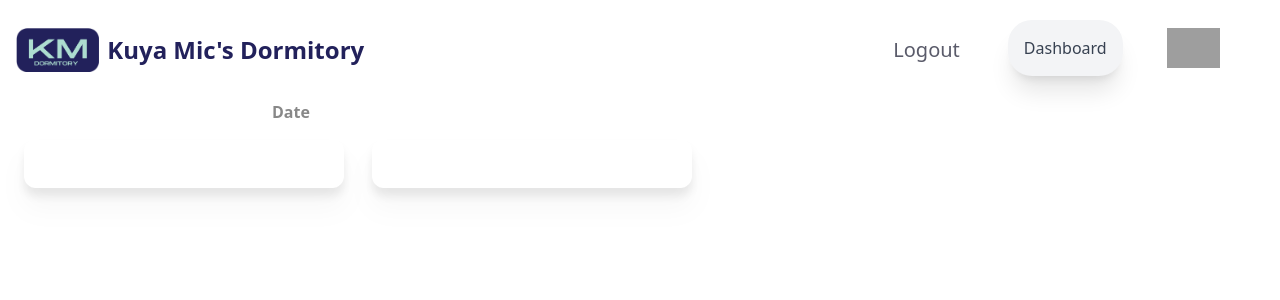
Repository: theamgri/Dormitory-Management-System
Page: logstatus.html
These files come from the project's save history. The page is drawn as it stood at one moment and after the next save; the edit follows.
The browser window is 1280 px wide. The pictures show the whole page.
Pictures or frames that could not be fetched are drawn as grey boxes. Some web libraries are served in a nearby version.

Above is the page before, as saved 2023-02-27 21:41:07.

### logstatus.html
<!DOCTYPE html>
<html lang="en">
<head>
    <script src="https://cdn.tailwindcss.com"></script>
    <script src="https://unpkg.com/flowbite@1.5.5/dist/datepicker.js"></script>
    <meta charset="UTF-8">
    <meta http-equiv="X-UA-Compatible" content="IE=edge">
    <meta name="viewport" content="width=device-width, initial-scale=1.0">
    <link rel="icon" type="image/x-icon" href="/assets/logo.png">
    <title>Tenant Log Status</title>


    <nav class="bg-white border-gray-200 px-2 lg:px-4 py-1 rounded dark:bg-gray-100">
        <div class="container flex flex-wrap items-center justify-between mx-auto">
          <a href="https://flowbite.com/" class="flex items-left">
              <img src="/assets/logo.png" class="h-11" alt="KM Logo" />
              <span class="self-center align-middle pl-2 text-2xl font-Montserrat font-bold whitespace-nowrap" style="color: #22215B">Kuya Mic's Dormitory </span>
          </a>

          <button data-collapse-toggle="navbar-default" type="button" class="inline-flex items-center p-2 ml-3 text-sm text-gray-500 rounded-lg md:hidden hover:bg-gray-100 focus:outline-none focus:ring-2 focus:ring-gray-200 dark:text-gray-400 dark:hover:bg-gray-700 dark:focus:ring-gray-600" aria-controls="navbar-default" aria-expanded="false">
          <svg class="w-6 h-6" aria-hidden="true" fill="currentColor" viewBox="0 0 20 20" xmlns="http://www.w3.org/2000/svg"><path fill-rule="evenodd" d="M3 5a1 1 0 011-1h12a1 1 0 110 2H4a1 1 0 01-1-1zM3 10a1 1 0 011-1h12a1 1 0 110 2H4a1 1 0 01-1-1zM3 15a1 1 0 011-1h12a1 1 0 110 2H4a1 1 0 01-1-1z" clip-rule="evenodd"></path></svg>
          </button>
          <div class="hidden w-full md:block md:w-auto" id="navbar-default">
            <ul class="flex flex-col p-4 mt-4 border border-gray-100 rounded-lg md:flex-row md:space-x-8 md:mt-0 md:text-sm md:font-medium md:border-0">
              <li>
                <a href="login.html" class="block bg-blue-700 font-Montserrat rounded text-xl md:bg-transparent md:text-blue-700 md:p-4" aria-current="page" style="color: #5A5B6A">Logout</a>
              </li>
              <li>
                <a href="home.html" class="block shadow-xl bg-gray-100 font-Montserrat rounded-3xl text-base md:text-gray-700 md:p-4" aria-current="page">Dashboard</a>
              </li>
              <li>
                <a href="#" class="block py-2 pl-3 pr-4" aria-current="page"><img src="https://icones.pro/wp-content/uploads/2021/02/icone-utilisateur-gris.png" class="h-1 mr-3 sm:h-10" alt="KM Logo" /></a>
              </li>
            </ul>
          </div>

        </div>
      </nav>
</head>
<body>
    <div class="w-full h-0 shadow-lg aspect-w-1 aspect-h-1 rounded-xl">

        <div class="text-left">
            <label for="name" class="text-l font-semibold font-Montserrat" style="margin-left: 17rem; color: #888888">Date</label>
        </div>
   <div class="text-left pt-4">
        <input type="fname" id="email" style="pointer-events: none; height: 3rem; width:20rem;" class="drop-shadow-xl inline-block ml-6 block p-3.5 bg-gray-10 text-gray-900 sm:text-sm rounded-xl block dark:bg-gray-100 dark:placeholder-gray-400">
        <input type="lname" id="email" style="pointer-events: none; height: 3rem; width:20rem;" class="drop-shadow-xl inline-block ml-6 block p-3.5 bg-gray-10 text-gray-900 sm:text-sm rounded-xl block dark:bg-gray-100 dark:placeholder-gray-400">
    </div>
    </div>



</body>
</html>

After the next save:
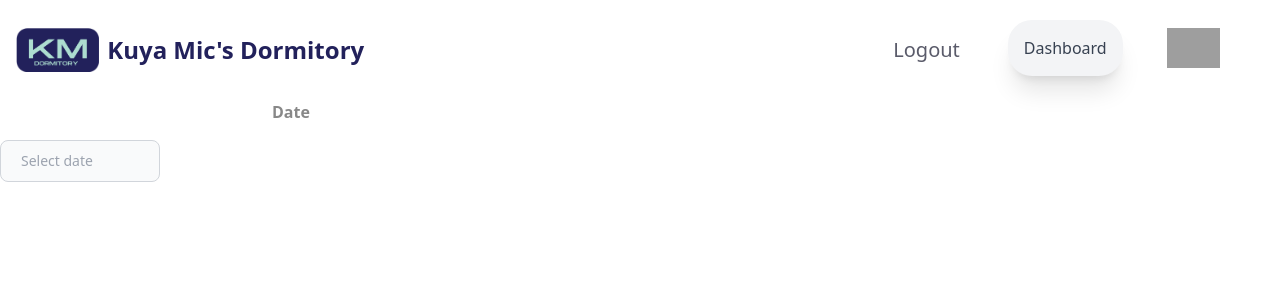
Saved 4 min 9 s later.
--- a/logstatus.html
+++ b/logstatus.html
@@ -44,8 +44,7 @@
             <label for="name" class="text-l font-semibold font-Montserrat" style="margin-left: 17rem; color: #888888">Date</label>
         </div>
    <div class="text-left pt-4">
-        <input type="fname" id="email" style="pointer-events: none; height: 3rem; width:20rem;" class="drop-shadow-xl inline-block ml-6 block p-3.5 bg-gray-10 text-gray-900 sm:text-sm rounded-xl block dark:bg-gray-100 dark:placeholder-gray-400">
-        <input type="lname" id="email" style="pointer-events: none; height: 3rem; width:20rem;" class="drop-shadow-xl inline-block ml-6 block p-3.5 bg-gray-10 text-gray-900 sm:text-sm rounded-xl block dark:bg-gray-100 dark:placeholder-gray-400">
+    <input datepicker type="text" class="bg-gray-50 border border-gray-300 text-gray-900 text-sm rounded-lg focus:ring-blue-500 focus:border-blue-500 block w-40 pl-5 p-2.5 dark:border-gray-600 dark:placeholder-gray-400 dark:text-white dark:focus:ring-blue-500 dark:focus:border-blue-900" placeholder="Select date" style="color: #22215B;";>
     </div>
     </div>
 
